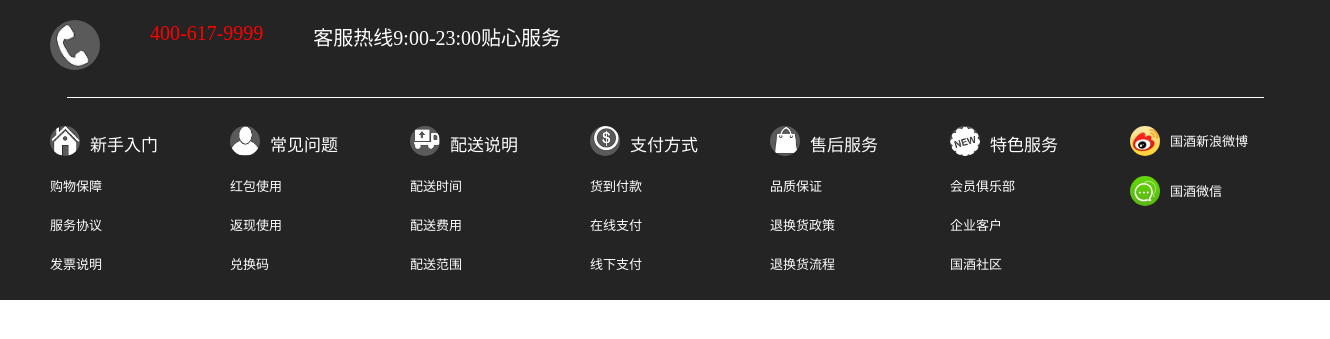
Repository: sjwgit/-
Page: http://localhost/ssh_1/qiantai/footer/footer.jsp
An editor plug-in stored every save of this project. The page is shown before and after the next save, followed by the edit.
The browser window is 1280 px wide. The page is 1330 px wide, so the pictures cover 1330 px, including what lies to the right of the window. The pictures show the whole page.
The page is served by Tomcat 9. Nobody is signed in. The application's start-up code is not run. Other server files are loaded and not shown.

Above is the page before, as saved 2017-11-14 06:50:35.

### 14150400515史建伟/sshcases/ssh_1/WebContent/qiantai/footer/footer.jsp
<%@ page language="java" contentType="text/html; charset=utf-8"
    pageEncoding="utf-8"%>
    <%
     String path= request.getContextPath();
    %>
<!DOCTYPE html PUBLIC "-//W3C//DTD HTML 4.01 Transitional//EN" "http://www.w3.org/TR/html4/loose.dtd">
<html>
<head>
<meta http-equiv="Content-Type" content="text/html; charset=utf-8">
<link rel="stylesheet" href="<%=path %>/screenshots/css/footer.css">
<link rel="stylesheet" href="<%=path %>/screenshots/css/style.css">
<script type="text/javascript" src="<%=path %>/screenshots/js/jquery-3.2.1.min.js"></script>
<title>footer</title>
</head>
<body>
     <footer class="footer">
	           <div class="row1">
		                 <div class="left">
				              <img src="<%=path %>/screenshots/imgs/telphone.png" id="img1">
				        </div>


				      <div class="div_img left" >
				         <span id="spanbig" class="color">400-617-9999</span>
				     </div>
				      <div class="div_img left">
				        <span id="spanbig">客服热线9:00-23:00贴心服务</span>
				     </div>
				    <!--  <div class="left div_img" id="mg-left">
				          <span>优惠促销早知道</span>
				    </div>
				   <div class="left" id="mg-input">
				          <input type="text" class="input1" value="请输入您的邮箱地址" title="dfdfdfdf">
				    </div>-->
		      </div>
		       <div class="row2">
				     <hr style="width:90%;">
		                  <div class="left">
				               <div class="div1">
								    <div style="float: left;">
								       <img src="<%=path %>/screenshots/imgs/1.png" class="img3" id="img2">
								   </div>
							        <div class="as">
								      <span id="spansmall">新手入门</span>
								   </div>

							   </div>
							    <div class="img3">
							     <span>购物保障</span>
							    </div>
							    <div class="img3">
							     <span>服务协议</span>
							    </div>
							   <div class="img3">
							     <span>发票说明</span>
							    </div>
				          </div>



				       <div class="left distance">
				               <div class="div1">
								    <div style="float: left;">
								       <img src="<%=path %>/screenshots/imgs/2.png" class="img3" id="img2">
								   </div>
							        <div class="as">
								      <span id="spansmall">常见问题</span>
								   </div>

							   </div>
							    <div class="img3">
							     <span>红包使用</span>
							    </div>
							    <div class="img3">
							     <span>返现使用</span>
							    </div>
							   <div class="img3">
							     <span>兑换码</span>
							    </div>
				          </div>


				        <div class="left distance">
				               <div class="div1">
								    <div style="float: left;">
								       <img src="<%=path %>/screenshots/imgs/3.png" class="img3" id="img2">
								   </div>
							        <div class="as">
								      <span id="spansmall">配送说明</span>
								   </div>

							   </div>
							    <div class="img3">
							     <span>配送时间</span>
							    </div>
							    <div class="img3">
							     <span>配送费用</span>
							    </div>
							   <div class="img3">
							     <span>配送范围</span>
							    </div>
				          </div>
				     <div class="left distance">
				               <div class="div1">
								    <div style="float: left;">
								       <img src="<%=path %>/screenshots/imgs/4.png" class="img3" id="img2">
								   </div>
							        <div class="as">
								      <span id="spansmall">支付方式</span>
								   </div>

							   </div>
							    <div class="img3">
							     <span>货到付款</span>
							    </div>
							    <div class="img3">
							     <span>在线支付</span>
							    </div>
							   <div class="img3">
							     <span>线下支付</span>
							    </div>
				          </div>
				     <div class="left distance">
				               <div class="div1">
								    <div style="float: left;">
								       <img src="<%=path %>/screenshots/imgs/5.png" class="img3" id="img2">
								   </div>
							        <div class="as">
								      <span id="spansmall">售后服务</span>
								   </div>

							   </div>
							    <div class="img3">
							     <span>品质保证</span>
							    </div>
							    <div class="img3">
							     <span>退换货政策</span>
							    </div>
							   <div class="img3">
							     <span>退换货流程</span>
							    </div>
				          </div>
				     <div class="left distance">
				               <div class="div1">
								    <div style="float: left;">
								       <img src="<%=path %>/screenshots/imgs/6.png" class="img3" id="img2">
								   </div>
							        <div class="as">
								      <span id="spansmall">特色服务</span>
								   </div>

							   </div>
							    <div class="img3">
							     <span>会员俱乐部</span>
							    </div>
							    <div class="img3">
							     <span>企业客户</span>
							    </div>
							   <div class="img3">
							     <span>国酒社区</span>
							    </div>
				          </div>

				          <div class="left distance">
				               <div class="div2">
								    <div style="float: left;">
								       <img src="<%=path %>/screenshots/imgs/xinglang_logo.png" class="img3" id="img2">
								   </div>
							        <div class="as">
								      <span>国酒新浪微博</span>
								   </div>

							   </div>
							  <div class="div2">
								    <div style="float: left;">
								       <img src="<%=path %>/screenshots/imgs/weixing.png" class="img3" id="img2" alt="this is a pic">
								   </div>
							        <div class="as">
								      <span>国酒微信</span>
								   </div>
							   </div>
				          </div>
		       </div>
	  </footer>
</body>
</html>

### 14150400515史建伟/sshcases/ssh_1/WebContent/screenshots/css/footer.css
.footer{
	margin-right: 50px;
	width:1330px;
	height: 300px;
	background-color:#242424;
	position: absolute;
	min-width: 1330px;
	display: block;
}
#spanbig{
	font-size: 20px;
}
#spansmall{
	font-size: 17px;
}
span{
	font-size: 13px;
	color: white;
}
.row1{
	width:100%;
	height: 30%;
}
#img1{
	width:50px;
	height: 50px;
	margin-left: 50px;
	margin-top: 20px;
	border-radius: 50%;
}
.div_img{
	margin-top: 22px;
	margin-left: 50px;
}
.left{
	float: left;
}
.color{
	color: #FF0000;
}
#mg-left{
	margin-left: 300px;
}
.input1{
	height: 20px;
	width:260px;
	opacity: ;
	border-color: gray;
	border-style:groove;
	background-color:transparent;
}
#mg-input{
	margin-top: 15px;
	margin-left: 5px;
}
hr{
	height: 2px;
	border:none;
	border-top:1px double white;
}
#img2{
	width:30px;
	height: 30px;
}
.row2{
	width:100%;
	height: 70%;
}
.img3{
	margin-left: 50px;
	margin-top: 20px;
	border-radius: 50%;
}
.div1{
	width:160px;
	height: 50px;
}
.distance{
	margin-left: 20px;
}
.div2{
	width:180px;
	height: 50px;
}
.as{
    float: left;
	margin-top: 25px;
	margin-left: 10px;
}

### 14150400515史建伟/sshcases/ssh_1/WebContent/screenshots/css/style.css
body{
	margin:0;
	font-size: small;
	font-family: SimSun;
	margin-left: 0px;

}

Loaded but not shown: 14150400515史建伟/sshcases/ssh_1/WebContent/screenshots/js/jquery-3.2.1.min.js (library)

After the next save:
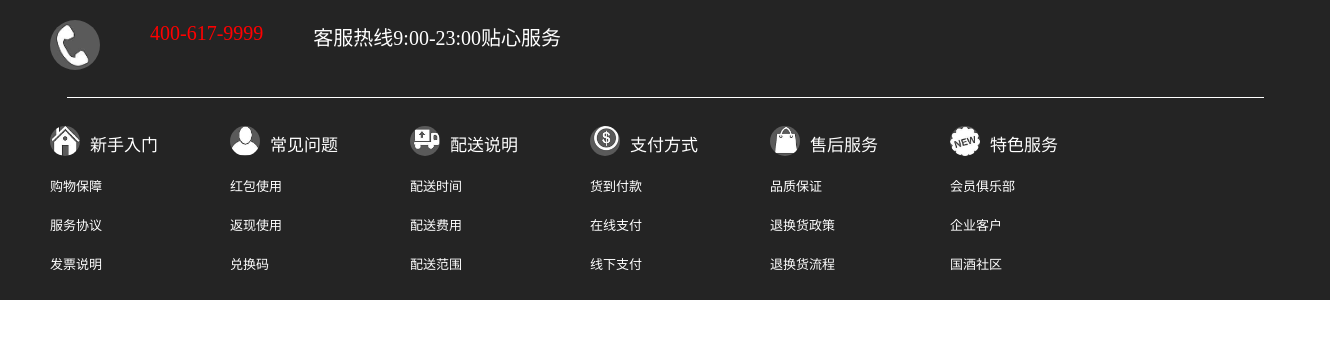
Saved 28 s later.
--- a/14150400515史建伟/sshcases/ssh_1/WebContent/qiantai/footer/footer.jsp
+++ b/14150400515史建伟/sshcases/ssh_1/WebContent/qiantai/footer/footer.jsp
@@ -161,7 +161,7 @@
 							    </div>
 				          </div>
 
-				          <div class="left distance">
+				       <%--    <div class="left distance">
 				               <div class="div2">
 								    <div style="float: left;">
 								       <img src="<%=path %>/screenshots/imgs/xinglang_logo.png" class="img3" id="img2">
@@ -179,7 +179,7 @@
 								      <span>国酒微信</span>
 								   </div>
 							   </div>
-				          </div>
+				          </div>   	    --%>
 		       </div>
 	  </footer>
 </body>
